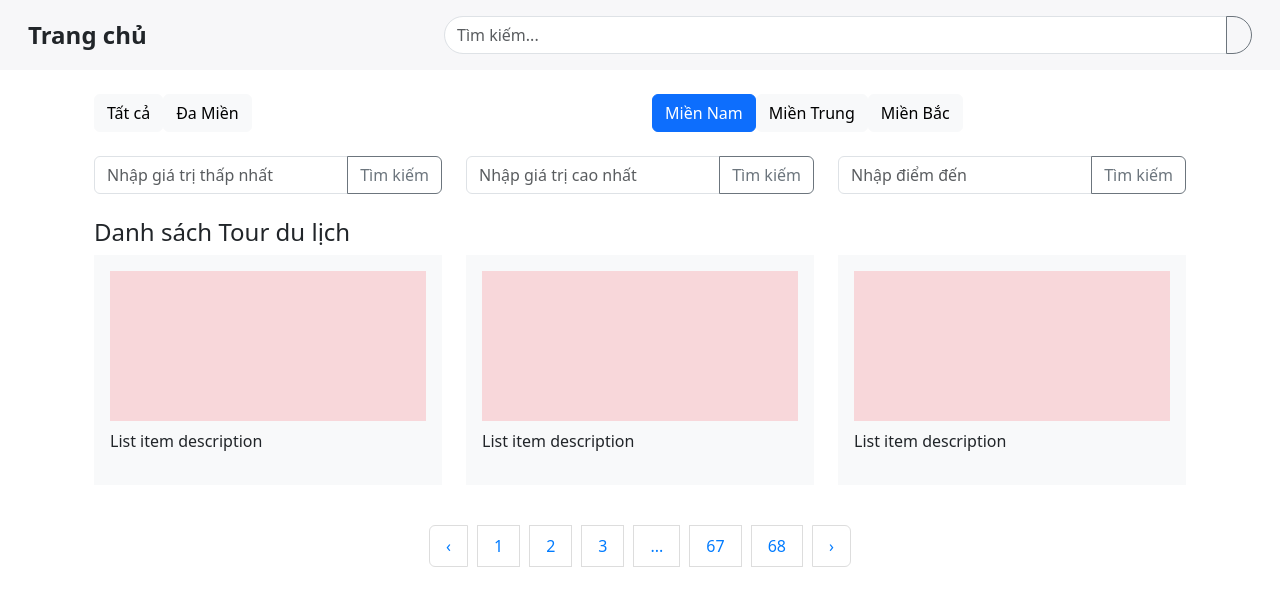
Repository: Minh23122003/qlDuAnPhanMem
Page: / (app in frontend/)
The author's editor kept a copy of each file at every save. The page is drawn from the files as they stood at one save, then again after a run of saves.
The browser window is 1280 px wide. The pictures show the whole page.
The project was rebuilt for these pictures with package versions that can differ from the ones it lists, and the page was loaded fresh each time. Also part of the build but not shown: frontend/src/service/WebSocketService.js, frontend/src/components/Notifications.js, frontend/src/layout/Footer.js, frontend/src/configs/Apis.js, frontend/src/components/Relativeparkcard.js, frontend/src/components/Receipt/ReceiptList.css, frontend/src/components/merchandisecabinet.js, frontend/src/components/Service.js and 12 more.

Above is the page before, as saved 2024-09-05 19:18:01.

After the next 2 saves:
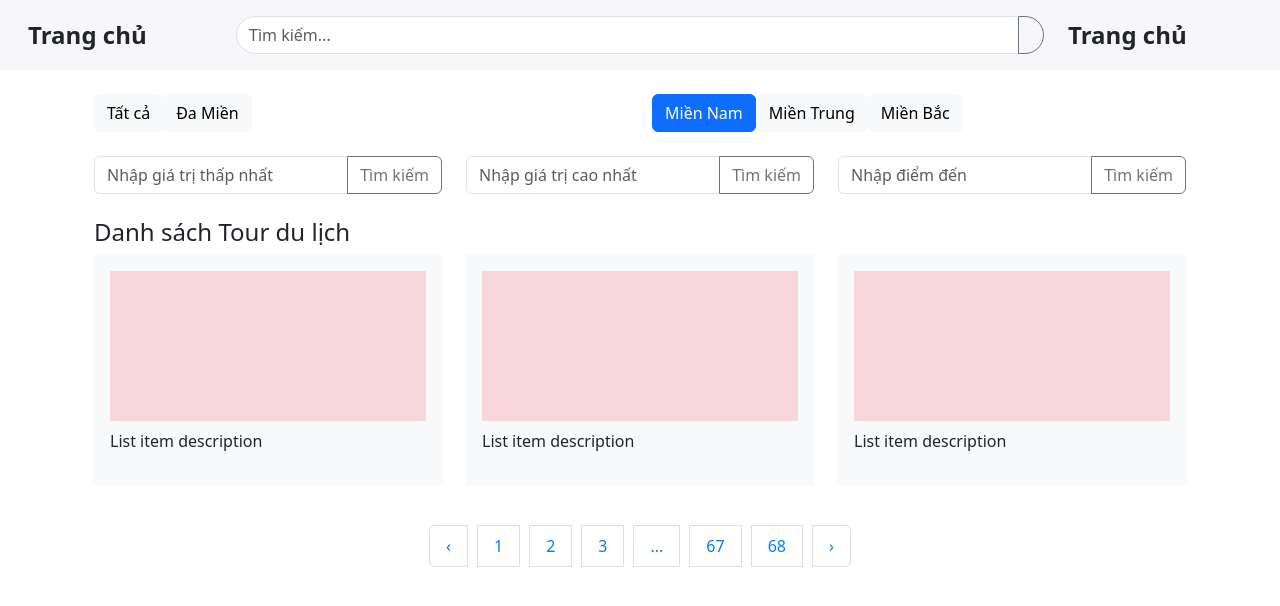
The 2 saves are shown as one change because they came seconds apart.
The last was saved 46 s later.
--- a/frontend/src/layout/Header.js
+++ b/frontend/src/layout/Header.js
@@ -19,6 +19,11 @@ const Header = () => {
                             </Button>
                         </InputGroup>
                     </Col>
+
+                    <Col xs={2}>
+                        <h4 className="mb-0">Trang chủ</h4>
+                    </Col>
+
                 </Row>
             </Container>
         </header>
